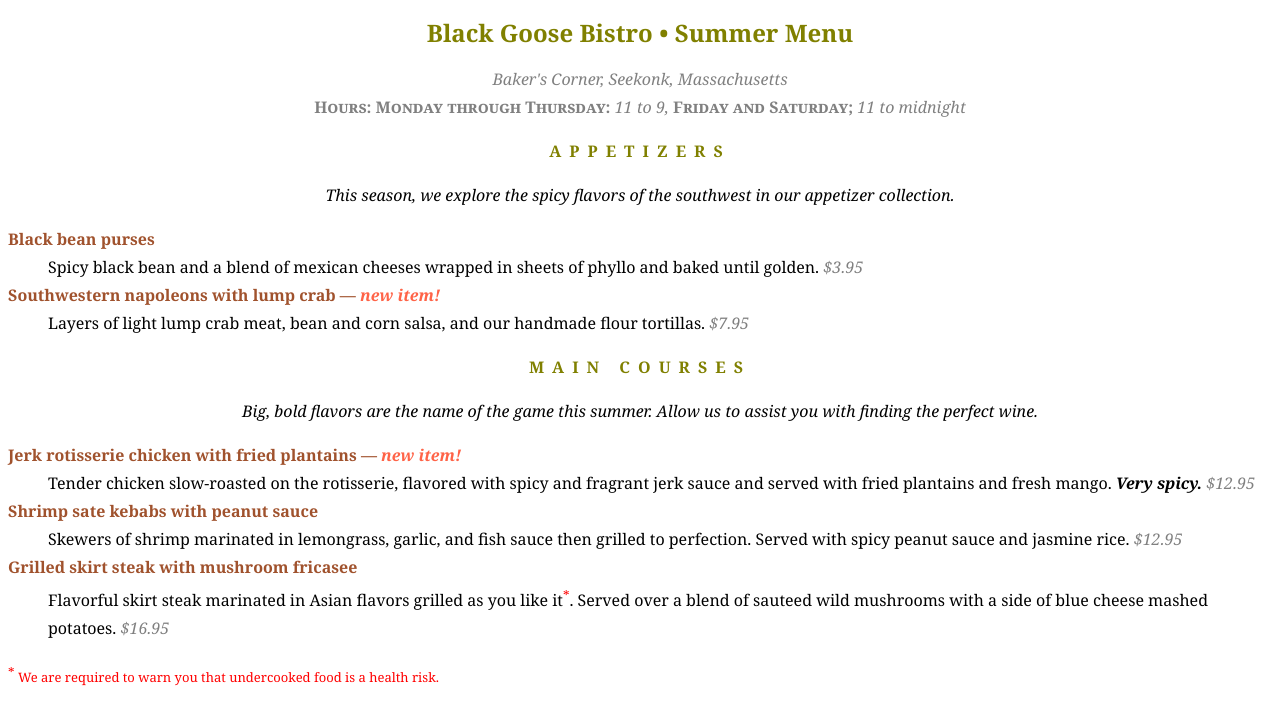
Repository: Colo-Codes/code-practice
Page: 02-css-practice-2.html
The author's editor kept a copy of each file at every save. The page is drawn from the files as they stood at one save, then again after the next save.
The browser window is 1280 px wide. The pictures show the whole page.
Some web fonts or font styles are not loaded; a fallback is used.

Above is the page before, as saved 2021-05-06 06:56:18.

### 02-css-practice-2.html
<!DOCTYPE html>
<html>

<head>
    <meta charset="utf-8">
    <title>Black Goose Bistro Summer Menu</title>
    <!-- <link rel="preconnect" href="https://fonts.gstatic.com"> -->
    <link href="https://fonts.googleapis.com/css2?family=Marko+One&display=swap" rel="stylesheet">
    <style>
        body {
            /* font-family: Verdana, sans-serif; */
            font-family: Georgia, serif;
            font-size: 100%; /* Rest the font size and clear the way for using em later on */
            line-height: 1.75em;
        }
        h1 {
            font: bold 1.5em "Marko One", Georgia, serif;
            /*
            font-family: "Marko One", Georgia, serif;
            font-size: 1.5em;
            */
            color: olive;
            text-shadow: black .5em .5em .2em 50%;
        }
        h2 {
            font-size: 1em;
            letter-spacing: .5em;
            text-transform: uppercase;
            color: olive;
        }
        h2 + p {
            text-align: center;
            font-style: italic;
        }
        strong {
            font-style: italic;
        }
        dt strong {
            color: tomato;
        }
        dt {
            font-weight: bold;
            color: sienna;
        }
        #info p {
            font-style: italic;
            color: gray;
        }
        .price {
            font-family: Georgia, serif;
            font-style: italic;
            color: gray;
        }
        .label {
            font-weight: bold;
            font-variant: small-caps;
            font-style: normal;
        }
        p.warning, sup {
            font-size: small;
            color: red;
        }
        h1, h2, #info {
            text-align: center;
        }

    </style>
</head>

<body>

    <div id="info">
        <h1>Black Goose Bistro &bull; Summer Menu</h1>

        <p>Baker's Corner, Seekonk, Massachusetts<br>
            <span class="label">Hours: Monday through Thursday:</span> 11 to 9, <span class="label">Friday and
                Saturday;</span> 11 to midnight
        </p>
    </div>

    <div id="appetizers">
        <h2>Appetizers</h2>
        <p>This season, we explore the spicy flavors of the southwest in our appetizer collection.</p>

        <dl>
            <dt>Black bean purses</dt>
            <dd>Spicy black bean and a blend of mexican cheeses wrapped in sheets of phyllo and baked until golden.
                <span class="price">$3.95</span></dd>

            <dt class="newitem">Southwestern napoleons with lump crab &mdash; <strong>new item!</strong></dt>
            <dd>Layers of light lump crab meat, bean and corn salsa, and our handmade flour tortillas. <span
                    class="price">$7.95</span></dd>
        </dl>
    </div>

    <div id="entrees">

        <h2>Main courses</h2>
        <p>Big, bold flavors are the name of the game this summer. Allow us to assist you with finding the perfect wine.
        </p>


        <dl>

            <dt class="newitem">Jerk rotisserie chicken with fried plantains &mdash; <strong>new item!</strong></dt>
            <dd>Tender chicken slow-roasted on the rotisserie, flavored with spicy and fragrant jerk sauce and served
                with fried plantains and fresh mango. <strong>Very spicy.</strong> <span class="price">$12.95</span>
            </dd>

            <dt>Shrimp sate kebabs with peanut sauce</dt>
            <dd>Skewers of shrimp marinated in lemongrass, garlic, and fish sauce then grilled to perfection. Served
                with spicy peanut sauce and jasmine rice. <span class="price">$12.95</span></dd>

            <dt>Grilled skirt steak with mushroom fricasee</dt>
            <dd>Flavorful skirt steak marinated in Asian flavors grilled as you like it<sup>*</sup>. Served over a blend
                of sauteed wild mushrooms with a side of blue cheese mashed potatoes. <span class="price">$16.95</span>
            </dd>
        </dl>

    </div>

    <p class="warning"><sup>*</sup> We are required to warn you that undercooked food is a health risk.</p>

</body>

</html>

After the next save:
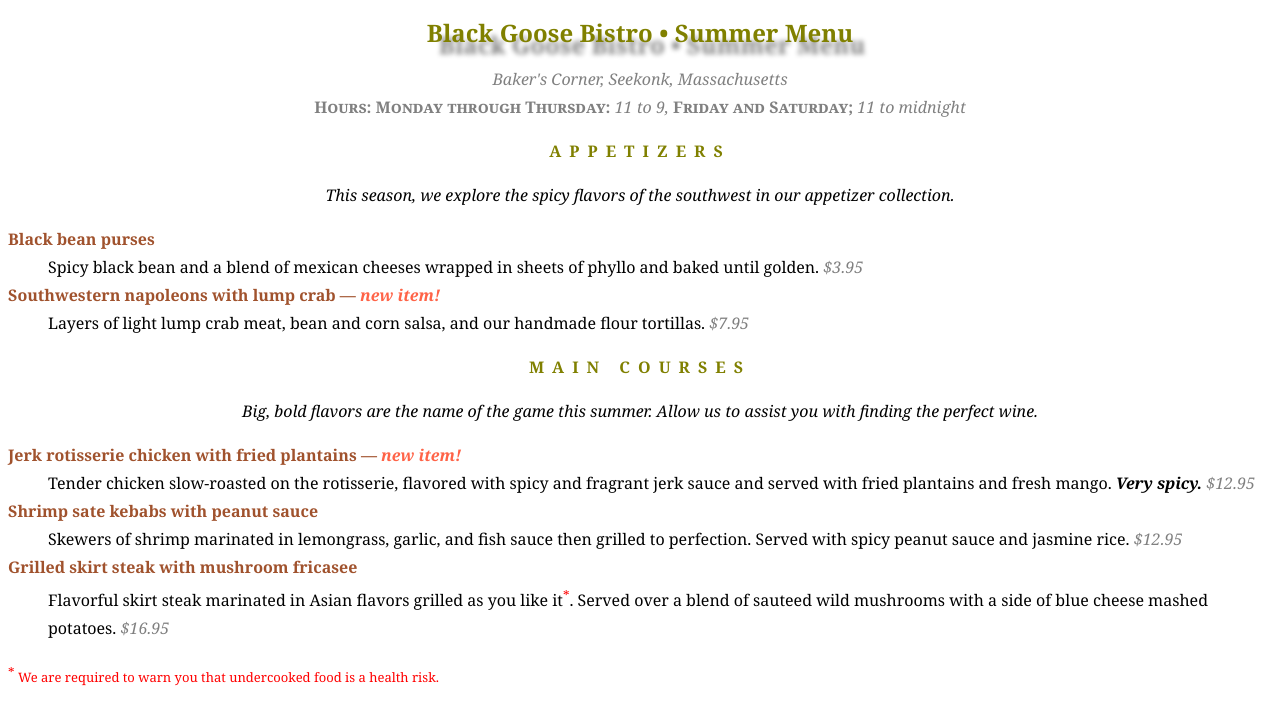
Saved 35 s later.
--- a/02-css-practice-2.html
+++ b/02-css-practice-2.html
@@ -20,7 +20,7 @@
             font-size: 1.5em;
             */
             color: olive;
-            text-shadow: black .5em .5em .2em 50%;
+            text-shadow: gray .5em .5em .2em;
         }
         h2 {
             font-size: 1em;
